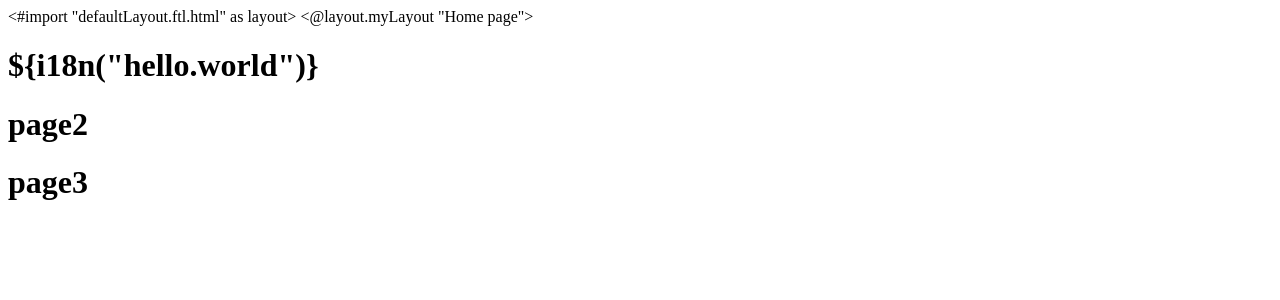
Repository: JavaProgrammerLB/JavaNinja
Page: firstNinjaProject/src/main/java/views/ApplicationController/contents.ftl.html
The author's editor kept a copy of each file at every save. The page is drawn from the files as they stood at one save, then again after the next save.
The browser window is 1280 px wide. The pictures show the whole page.

Above is the page before, as saved 2015-05-24 15:12:11.

After the next save:
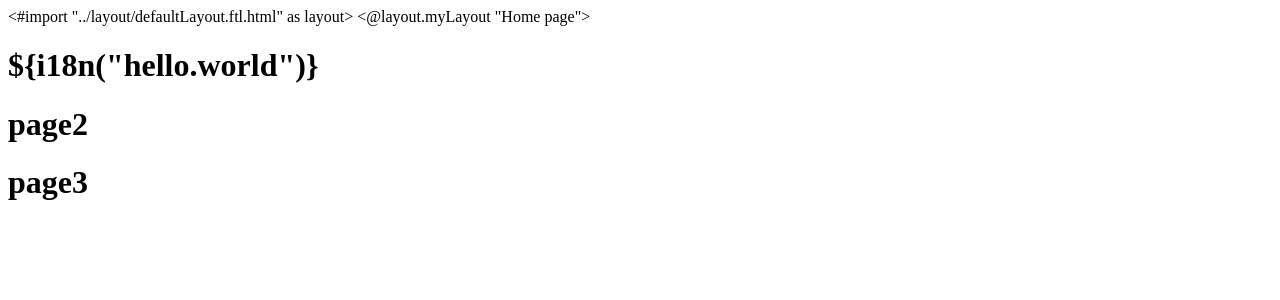
Saved 60 s later.
--- a/firstNinjaProject/src/main/java/views/ApplicationController/contents.ftl.html
+++ b/firstNinjaProject/src/main/java/views/ApplicationController/contents.ftl.html
@@ -1,6 +1,5 @@
-<#import "defaultLayout.ftl.html" as layout>
+<#import "../layout/defaultLayout.ftl.html" as layout>
 <@layout.myLayout "Home page">
-
 
 <h1>${i18n("hello.world")}</h1>
 <h1>page2</h1>
